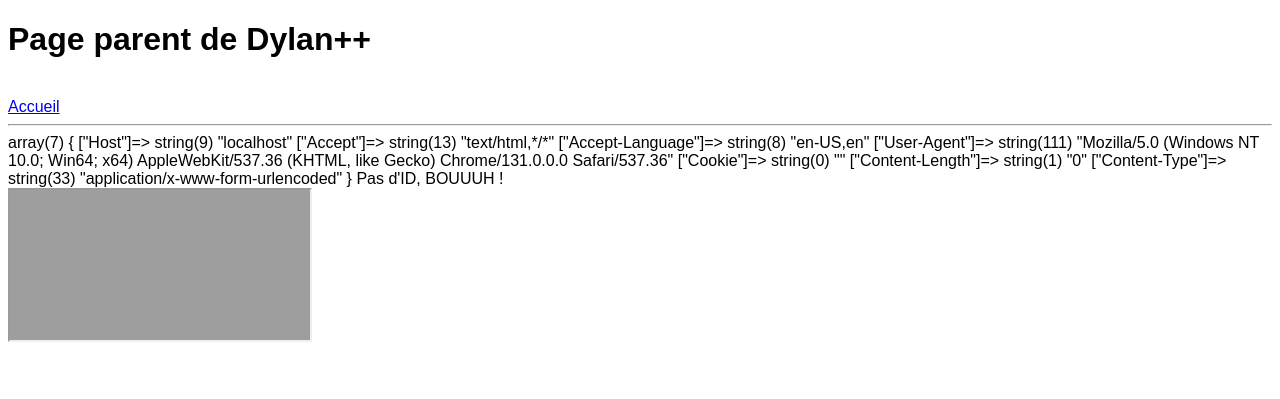
Repository: DylanCahu/cookie
Page: http://localhost/parent.php
The author's editor kept a copy of each file at every save. The page is drawn from the files as they stood at one save, then again after the next save.
The browser window is 1280 px wide. The pictures show the whole page.
Pictures or frames that could not be fetched are drawn as grey boxes. The page is run by PHP 8.4 with error messages shown; the project is at /var/www/html/.

Above is the page before, as saved 2021-12-13 09:20:17.

### parent.php
<!DOCTYPE html>
<html>
    <head>
        <title>Index Cookies</title>
        <meta charset="utf-8">
        <style>
            body	{	font-family	:	Arial	;}
        </style>
    </head>

    <body>
        <h1>Page parent de Dylan++</h1>
</br>
<a href="/Cookies/index.html">Accueil</a>
<hr>

<?php

$tabhead = getallheaders();
var_dump($tabhead);

session_start();

// if (isset($_COOKIE['numClient'])) {
//     echo "<h3>Votre ID est: " . $_COOKIE['numClient'] . "</br> ";
//     $id = $_COOKIE['numClient'];} else {echo "Pas d'ID, BOUUUH !</br>";
//     $id = 0;}

if (isset($_SESSION['numClient'])) {
    echo "<h3>Votre ID est: " . $_SESSION['numClient'] . "</br> ";
    $id = $_SESSION['numClient'];} else {echo "Pas d'ID, BOUUUH !</br>";
    $id = 0;}

?>
        <iframe src="http://172.16.126.17/Cookies/enfant.php?id=<?php echo $id; ?>">
    </body>
</html>

After the next save:
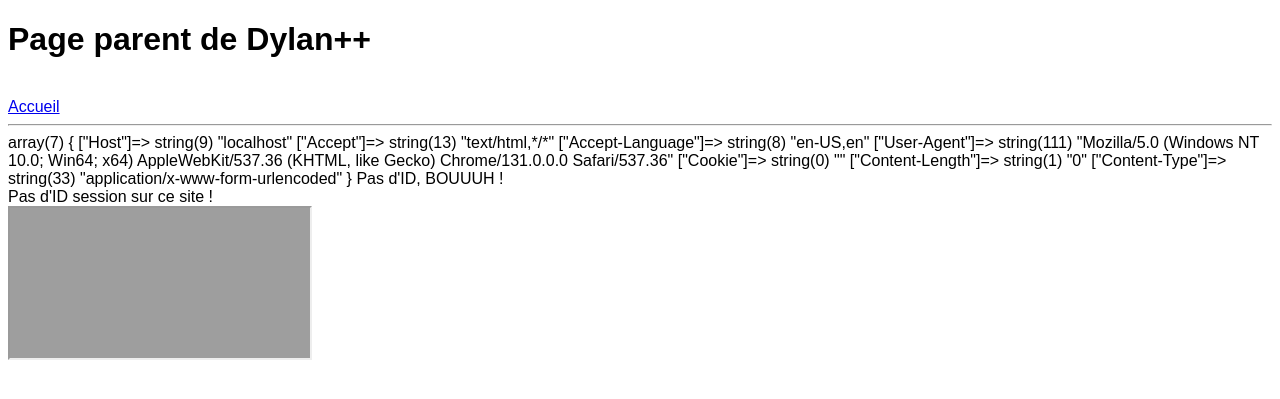
Saved 70 s later.
--- a/parent.php
+++ b/parent.php
@@ -21,14 +21,14 @@ var_dump($tabhead);
 
 session_start();
 
-// if (isset($_COOKIE['numClient'])) {
-//     echo "<h3>Votre ID est: " . $_COOKIE['numClient'] . "</br> ";
-//     $id = $_COOKIE['numClient'];} else {echo "Pas d'ID, BOUUUH !</br>";
-//     $id = 0;}
+if (isset($_COOKIE['numClient'])) {
+    echo "<h3>Votre ID est: " . $_COOKIE['numClient'] . "</br> ";
+    $id = $_COOKIE['numClient'];} else {echo "Pas d'ID, BOUUUH !</br>";
+    $id = 0;}
 
 if (isset($_SESSION['numClient'])) {
     echo "<h3>Votre ID est: " . $_SESSION['numClient'] . "</br> ";
-    $id = $_SESSION['numClient'];} else {echo "Pas d'ID, BOUUUH !</br>";
+    $id = $_SESSION['numClient'];} else {echo "Pas d'ID session sur ce site !</br>";
     $id = 0;}
 
 ?>
